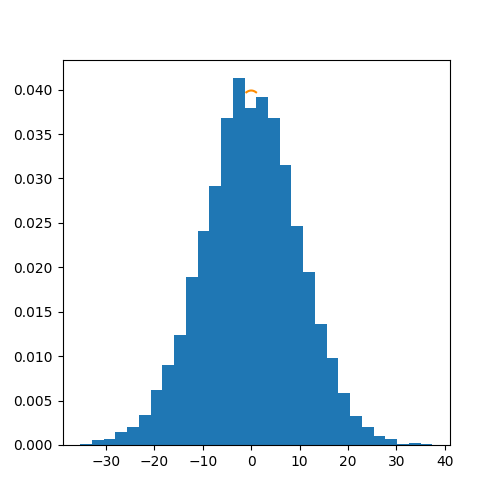
Repository: nishimuraHikar/PythonShowGraph
Script's output: python main.py
An editor plug-in stored every save of this project. The script's output is shown before and after the next save, followed by the edit.
Random numbers start from a fixed seed.

Above is the script's output before, as saved 2022-03-03 02:10:39.

### main.py
from time import time
import graph
import numpy as np

datafile = 'predict.csv'

timedata = graph.ReadColumn(datafile,0)
forcedatax = graph.ReadColumn(datafile, 1)
predictdatax = graph.ReadColumn(datafile, 2)
forcedatay = graph.ReadColumn(datafile, 3)
predictdatay = graph.ReadColumn(datafile, 4)

# graph.graph_1data(timedata, rawdata, "Raw Data")
# graph.graph_2data(timedata, rawdata, predictdata, "Raw Data", "Predict Data")
# graph.multiplot_2and1(timedata, forcedatax, predictdatax, forcedatay,predictdatay, "Actual X", "Predict X", "Actual Y", "Predict Y")
graph.histgram(np.random.normal(0, 10, 10000), 30, 10)

### graph.py
import numpy as np
import matplotlib.pyplot as plt
import pandas as pd
from scipy.stats import norm

def ReadColumn(csv, line_num): #csvと列番号を指定
    #csvからndarray型に変換
    csvdata = pd.read_csv(csv, header=0, usecols=[line_num])
    # csvから読んだデータをnumpyの行列に入れる
    array = csvdata.values
    return array

# グラフ表示
# 1つのグラフ
def graph_1data(x_data, y_data, labelname):
    plt.rcParams['font.family'] = 'Times New Roman'
    plt.rcParams["xtick.direction"] = "in"
    plt.rcParams["ytick.direction"] = "in"
    plt.rcParams["xtick.major.width"] = 1.5
    plt.rcParams["ytick.major.width"] = 1.5
    plt.rcParams["font.size"] = 14
    plt.rcParams["axes.linewidth"] = 1.5

    plt.plot(x_data, y_data, c="darkorange", label=labelname)
    np.linspace(min(x_data), max(x_data), 100)
    # plt.ylim(-1.55, 1.55)
    # plt.ylim(min(y_data), max(y_data))
    plt.xlabel("Time[sec]", fontname = 'Times New Roman')
    plt.ylabel("Force[N]", fontname = 'Times New Roman')
    plt.legend()
    # plt.savefig('NNresult.png') #PNGファイル生成
    plt.show()


# 2つのグラフ
def graph_2data(x_data, y1_data, y2_data, labelname1, labelname2):
    plt.rcParams['font.family'] = 'Times New Roman'
    plt.rcParams["xtick.direction"] = "in"
    plt.rcParams["ytick.direction"] = "in"
    plt.rcParams["xtick.major.width"] = 1.5
    plt.rcParams["ytick.major.width"] = 1.5
    plt.rcParams["font.size"] = 14
    plt.rcParams["axes.linewidth"] = 1.5

    plt.plot(x_data, y1_data, c="darkorange", label=labelname1)
    plt.plot(x_data, y2_data, c="blue", label=labelname2)
    np.linspace(min(x_data), max(x_data), 100)
    # plt.ylim(-0.01, 0.01)
    # plt.ylim(min(y_data), max(y_data))
    plt.xlabel("Time[sec]", fontname = 'Times New Roman')
    plt.ylabel("Force[N]", fontname = 'Times New Roman')
    plt.legend()
# <<<<<<< HEAD
#     plt.savefig('NNresult.png') #PNGファイル生成
#     plt.show()

# マルチプロット2行1列
def multiplot_2and1(x_data, y_data1a, y_data1b, y_data2a, y_data2b, labelname1, labelname2, labelname3, labelname4):
    plt.rcParams['font.family'] = 'Times New Roman'
    plt.rcParams["xtick.direction"] = "in"
    plt.rcParams["ytick.direction"] = "in"
    plt.rcParams["xtick.major.width"] = 1.5
    plt.rcParams["ytick.major.width"] = 1.5
    plt.rcParams["font.size"] = 16
    plt.rcParams["axes.linewidth"] = 1.5

    plt.figure(figsize=[9, 7])
    # ax1 = fig.add_subplot(2, 1, 1)
    # ax2 = fig.add_subplot(2, 1, 2)

    plt.subplot(211)
    plt.plot(x_data, y_data1a, c="darkorange", label=labelname1)
    plt.plot(x_data, y_data1b, c="blue", label=labelname2)
    plt.ylabel("Force[N]", fontname = 'Times New Roman')
    plt.xlim(0, 60)
    plt.ylim(-0.1, 0.2)
    plt.axvspan(40, 60, color="gray", alpha=0.3)
    plt.legend(loc = 'upper left')

    plt.subplot(212)
    plt.plot(x_data, y_data2a, c="darkorange", label=labelname3)
    plt.plot(x_data, y_data2b, c="blue", label=labelname4)
    plt.ylabel("Force[N]", fontname = 'Times New Roman')
    plt.xlim(0, 60)
    plt.ylim(-0.1, 0.2)

    np.linspace(min(x_data), max(x_data), 100)
    plt.xlabel("Time[sec]", fontname = 'Times New Roman')
    plt.axvspan(40, 60, color="gray", alpha=0.3)
    plt.legend(loc = 'upper left')

    plt.tight_layout()
    plt.savefig("result.pdf")
    plt.show()

# ヒストグラム
def histgram(data, binsnum, scale):
    fig = plt.figure(figsize = [5,5])
    ax = fig.add_subplot(111)
    ax.hist(data, bins = binsnum, density = True)
    X = np.linspace(-1.0, 1.0, 100)
    Y = norm.pdf(X, loc=0, scale=scale)
    ax.plot(X, Y, c="darkorange")
    plt.show()

Loaded but not shown: predict.csv (59902 lines, source omitted)

After the next save:
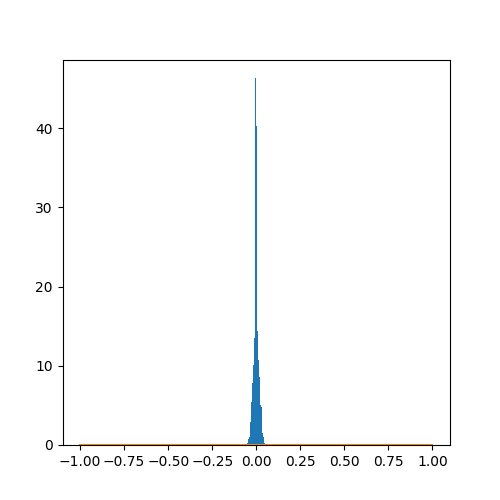
Saved 43 s later.
--- a/main.py
+++ b/main.py
@@ -13,4 +13,4 @@ predictdatay = graph.ReadColumn(datafile, 4)
 # graph.graph_1data(timedata, rawdata, "Raw Data")
 # graph.graph_2data(timedata, rawdata, predictdata, "Raw Data", "Predict Data")
 # graph.multiplot_2and1(timedata, forcedatax, predictdatax, forcedatay,predictdatay, "Actual X", "Predict X", "Actual Y", "Predict Y")
-graph.histgram(np.random.normal(0, 10, 10000), 30, 10)
+graph.histgram(forcedatax-predictdatax, 30, 10)
